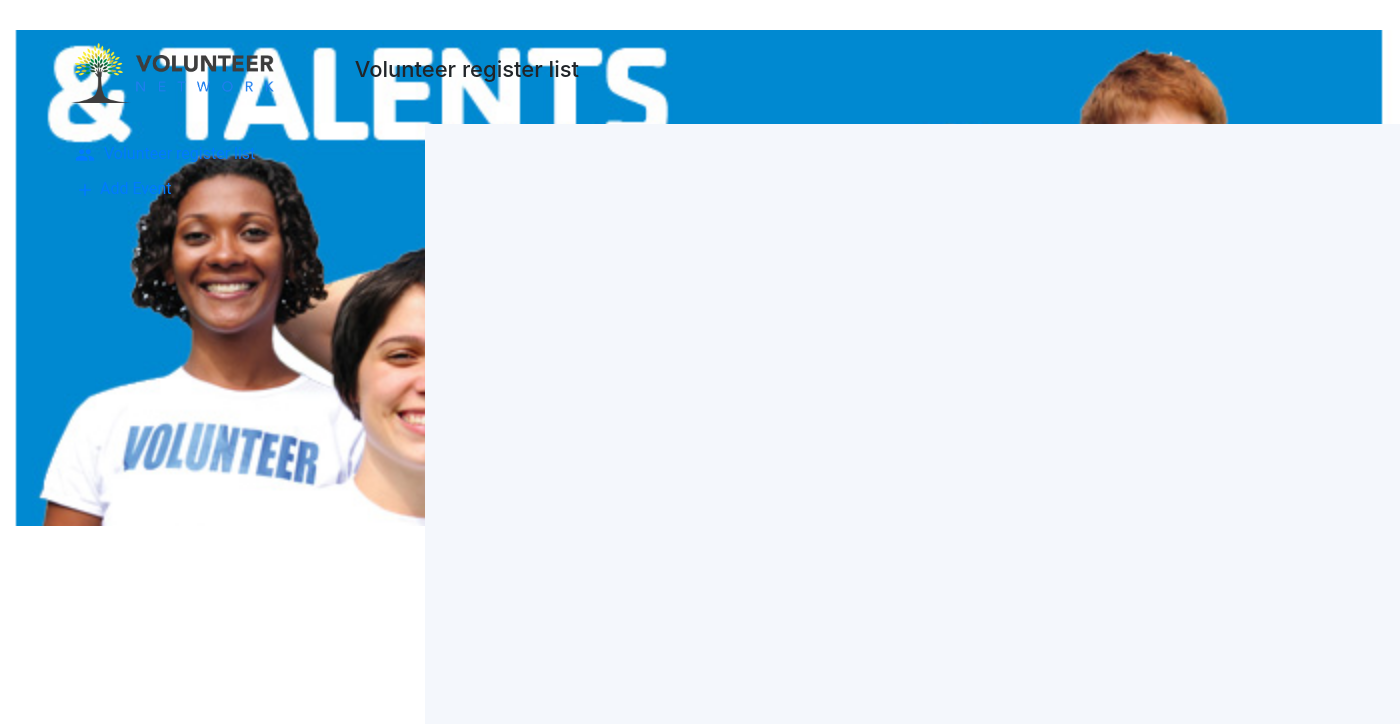
Repository: MdTahsinAmin/volunteer-network-client
Page: /adminPanel
An editor plug-in stored every save of this project. The page is shown before and after the next save, followed by the edit.
The browser window is 1280 px wide. The page is 1400 px wide, so the pictures cover 1400 px, including what lies to the right of the window. The pictures show the whole page.
The project was rebuilt for these pictures with package versions that can differ from the ones it lists, and the page was loaded fresh each time.

Above is the page before, as saved 2020-10-05 00:04:24.

### public/index.html
<!DOCTYPE html>
<html lang="en">
  <head>
    <meta charset="utf-8" />
    <link rel="icon" href="%PUBLIC_URL%/favicon.ico" />
    <meta name="viewport" content="width=device-width, initial-scale=1" />
    <meta name="theme-color" content="#000000" />
    <meta
      name="description"
      content="Web site created using create-react-app"
    />
    <link rel="apple-touch-icon" href="%PUBLIC_URL%/logo192.png" />
    <!--
      manifest.json provides metadata used when your web app is installed on a
      user's mobile device or desktop. See https://developers.google.com/web/fundamentals/web-app-manifest/
    -->
    <link rel="manifest" href="%PUBLIC_URL%/manifest.json" />
    <!--
      Notice the use of %PUBLIC_URL% in the tags above.
      It will be replaced with the URL of the `public` folder during the build.
      Only files inside the `public` folder can be referenced from the HTML.

      Unlike "/favicon.ico" or "favicon.ico", "%PUBLIC_URL%/favicon.ico" will
      work correctly both with client-side routing and a non-root public URL.
      Learn how to configure a non-root public URL by running `npm run build`.
    -->
    <title>Volunteer Network</title>
  </head>
  <body>
    <noscript>You need to enable JavaScript to run this app.</noscript>
    <div id="root"></div>
    <!--
      This HTML file is a template.
      If you open it directly in the browser, you will see an empty page.

      You can add webfonts, meta tags, or analytics to this file.
      The build step will place the bundled scripts into the <body> tag.

      To begin the development, run `npm start` or `yarn start`.
      To create a production bundle, use `npm run build` or `yarn build`.
    -->
  </body>
</html>

### src/App.js
import React from 'react';
import './App.css';
import Header from './components/Header/Header';
import {
  BrowserRouter as Router,
  Switch,
  Route,
  Link
} from "react-router-dom";
import AdminPanel from './components/AdminPanel/AdminPanel';
function App() {
  return (
    <div className="App">
     <Router>
      <Switch>
        <Route path ='/home'>
         <Header navbar={true}></Header>
        </Route>
        <Route path="/adminPanel">
           <div>
           <Header navbar={false}></Header>
           <AdminPanel/>
           </div>
        </Route>
        <Route exact path="/">
           <Header navbar={true}></Header>
        </Route>
      </Switch>
     </Router>
    </div>
  );
}

export default App;

### src/App.css
.App {
    background-image:url('./logos/Volunteer_Image.jpg');
    background-repeat: no-repeat;
    background-size: cover;
    background-position: center;
    width: 1400px;
    height: 496px;
    left: 1px;
    top: -1px;
}

.App-logo {
  height: 40vmin;
  pointer-events: none;
}

@media (prefers-reduced-motion: no-preference) {
  .App-logo {
    animation: App-logo-spin infinite 20s linear;
  }
}

.App-header {
  background-color: #282c34;
  min-height: 100vh;
  display: flex;
  flex-direction: column;
  align-items: center;
  justify-content: center;
  font-size: calc(10px + 2vmin);
  color: white;
}

.App-link {
  color: #61dafb;
}

@keyframes App-logo-spin {
  from {
    transform: rotate(0deg);
  }
  to {
    transform: rotate(360deg);
  }
}

### src/components/Header/Header.js
import React from 'react';
import { Link, useHistory } from 'react-router-dom';
import './Header.css'
import volunteerLogo from '../../logos/volunteer.png';
import { styled } from '@material-ui/core/styles';
import Button from '@material-ui/core/Button';

// Material Button

const MyButton = styled(Button)({
    background: 'linear-gradient(45deg, #3F90FC 30%, #3F90FC 90%)',
    border: 0,
    borderRadius: '6px',
    color: 'white',
    height: 48,
    padding: '14px 43px',
    marginRight:'15px',
    marginLeft:'9px',
    cursor:'pointer'
  });

  const AdminBtn = styled(Button)({
    background: 'linear-gradient(45deg, #434141 30%, #434141 90%)',
    border: 0,
    borderRadius: '6px',
    color: 'white',
    height: 48,
    padding: '14px 43px',
    marginRight:'15px',
    cursor:'pointer'
  })

const Header = (props) => {

    const history = useHistory();

    const handleAdminPanel = () =>{
         history.push('/adminPanel');
    }


    return (
      <div className="header">
          <div className={props.navbar ? "container" : 'adminPanel'}>
          <nav className="navbar navbar-expand-lg navbar-light">
            <Link to='/home' className="navbar-brand"><img className={props.navbar ?'volunteerLogo':'Logo'} src={volunteerLogo} alt=""/></Link>
            <button className="navbar-toggler" type="button" data-toggle="collapse" data-target="#navbarSupportedContent" aria-controls="navbarSupportedContent" aria-expanded="false" aria-label="Toggle navigation">
                <span className="navbar-toggler-icon"></span>
            </button>
            {
                !props.navbar && <h5 className="volunteer-title">Volunteer register list</h5>
            }
            {
                props.navbar &&  <div className="collapse navbar-collapse" id="navbarSupportedContent">
                <ul className="navbar-nav ml-auto">
                <li className="nav-item">
                    <Link className="nav-link item-nav">Home</Link>
                </li>
                <li className="nav-item">
                    <Link className="nav-link item-nav">Donation</Link>
                </li>
                <li className="nav-item">
                    <Link className="nav-link item-nav">Events</Link>
                </li>
                <li className="nav-item">
                    <Link className="nav-link item-nav">Blog</Link>
                </li>
                <li className="nav-item">
                    <MyButton>Register</MyButton>
                </li>
                <li className="nav-item">
                   <AdminBtn
                     onClick={handleAdminPanel}
                   >Admin
                   </AdminBtn>
                </li>
                </ul>
            </div>
            }
            </nav>
      </div>
   </div>
    );
};

export default Header;

### src/components/AdminPanel/AdminPanel.js
import React from 'react';
import './AdminPanel.css';
import GroupIcon from '@material-ui/icons/Group';
import AddIcon from '@material-ui/icons/Add';
import { Link } from 'react-router-dom';
const AdminPanel = () => {
    return (
        <div className="adminPanel-section">
            <div className="section-panel">
              <div className ='group-panel'>
              <Link to='/volunteerList' className='volunteerLink'><GroupIcon fontSize="small"></GroupIcon><span> Volunteer register list</span></Link>
              </div>
              <div className="group-panel">
                  <Link to='createNewProject' className='volunteerLink'><AddIcon fontSize="small"></AddIcon><span>Add Event</span></Link>
              </div>
            </div>
            <div className='Volunteer-list'>

            </div>
        </div>
    );
};

export default AdminPanel;

### src/components/Header/Header.css
.volunteerLogo{
    width: 202.81px;
    height: 60px;
    left: 88px;
    top: 44px;
}
.header{
    margin-top: 30px;
}
.nav-link{
    font-family: Montserrat;
    font-style: normal;
    font-weight: 500;
    font-size: 20px;
    text-align: center;
    color: #0B0B0B;
}
.volunteer-title{
    margin-left:65px;
    font-style: normal;
    font-weight: 500;
    font-size: 22px;
}

### src/components/AdminPanel/AdminPanel.css
.adminPanel{
    margin-right:20px;
}
.Logo{
    width: 202.81px;
    height: 60px;
    left: 88px;
    top: 44px;
    margin-left:55px;
}
.adminPanel-section{
    display:flex;
}
.section-panel{
    margin-top:15px;
    margin-left:75px;
}
.group-panel{
    display:inline-block;
    margin-top: 10px;
}
.group-panel span{
    margin-top:3px;
    margin-left:5px;
    font-family: Roboto;
    font-style: normal;
    font-weight: normal;
}
.group-panel img{
    width: 17px;
    height: 17px;
}
.Volunteer-list{
    width:75%;
    margin-top:8px;
    margin-left:80px;
    width: 1000px;
    height: 600px;
    background: #F4F7FC;
}
.volunteerLink:hover{
    text-decoration: none;
}

Loaded but not shown: src/index.js (common file); src/index.css (common file); src/serviceWorker.js (common file)

After the next save:
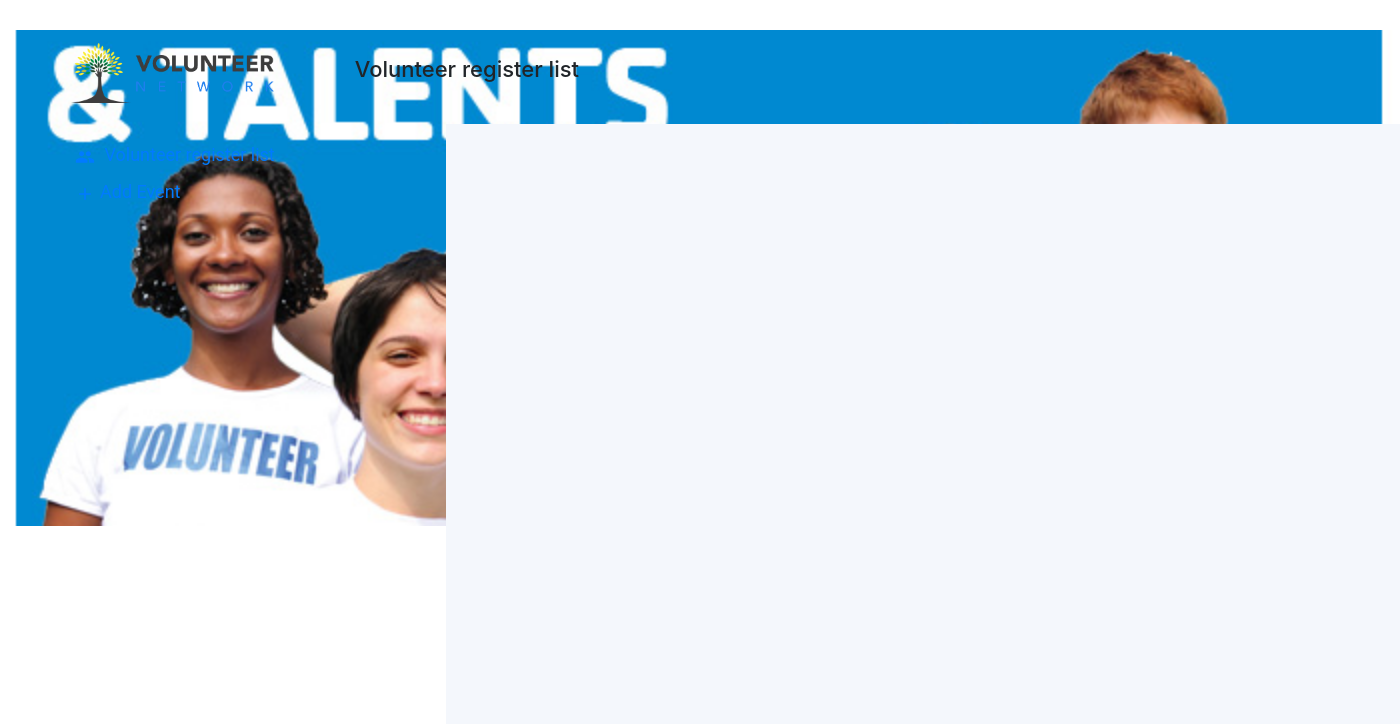
Saved 26 s later.
--- a/src/components/AdminPanel/AdminPanel.css
+++ b/src/components/AdminPanel/AdminPanel.css
@@ -25,10 +25,7 @@
     font-family: Roboto;
     font-style: normal;
     font-weight: normal;
-}
-.group-panel img{
-    width: 17px;
-    height: 17px;
+    font-size:18px;
 }
 .Volunteer-list{
     width:75%;
